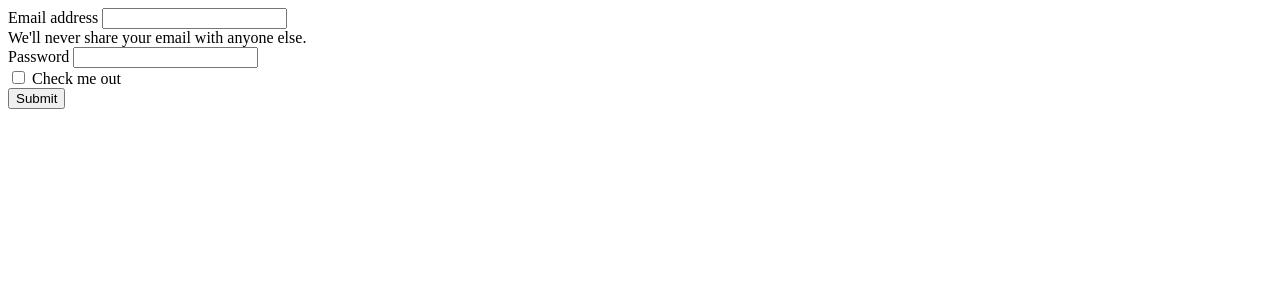
Repository: bbqju13/homework230616
Page: http://localhost/zip/
The author's editor kept a copy of each file at every save. The page is drawn from the files as they stood at one save, then again after the next save.
The browser window is 1280 px wide. The pictures show the whole page.
The page is served by Tomcat 9. Other server files are loaded and not shown.

Above is the page before, as saved 2023-06-16 05:23:06.

### zip/src/main/webapp/WEB-INF/views/home.jsp
<%@ page language="java" contentType="text/html; charset=UTF-8"
	pageEncoding="UTF-8"%>
<%@ taglib uri="http://java.sun.com/jsp/jstl/core" prefix="c"%>
<%@ page session="false"%>
<html>
<script
	src="https://cdn.jsdelivr.net/npm/@popperjs/core@2.11.8/dist/umd/popper.min.js"
	integrity="sha384-I7E8VVD/ismYTF4hNIPjVp/Zjvgyol6VFvRkX/vR+Vc4jQkC+hVqc2pM8ODewa9r"
	crossorigin="anonymous"></script>
<script
	src="https://cdn.jsdelivr.net/npm/bootstrap@5.3.0/dist/js/bootstrap.min.js"
	integrity="sha384-fbbOQedDUMZZ5KreZpsbe1LCZPVmfTnH7ois6mU1QK+m14rQ1l2bGBq41eYeM/fS"
	crossorigin="anonymous"></script>
<head>
<title>로그인</title>
</head>
<body>
	<form>
		<div class="mb-3">
			<label for="exampleInputEmail1" class="form-label">Email
				address</label> <input type="email" class="form-control"
				id="exampleInputEmail1" aria-describedby="emailHelp">
			<div id="emailHelp" class="form-text">We'll never share your
				email with anyone else.</div>
		</div>
		<div class="mb-3">
			<label for="exampleInputPassword1" class="form-label">Password</label>
			<input type="password" class="form-control"
				id="exampleInputPassword1">
		</div>
		<div class="mb-3 form-check">
			<input type="checkbox" class="form-check-input" id="exampleCheck1">
			<label class="form-check-label" for="exampleCheck1">Check me
				out</label>
		</div>
		<button type="submit" class="btn btn-primary">Submit</button>
	</form>
</body>
</html>

After the next save:
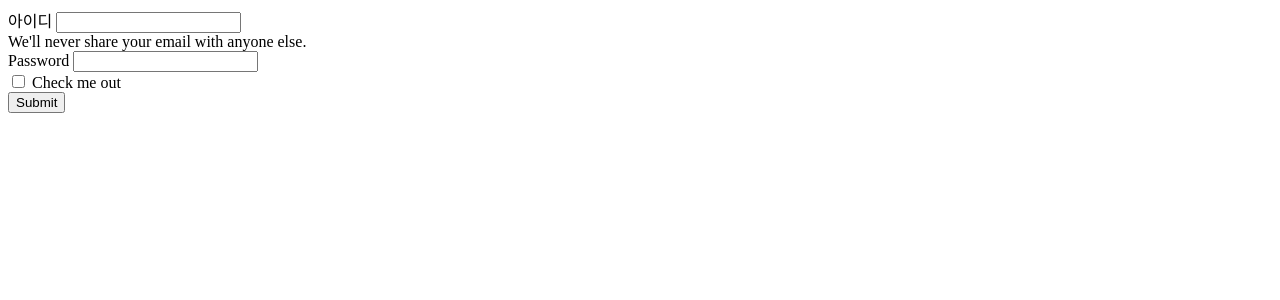
Saved 11 s later.
--- a/zip/src/main/webapp/WEB-INF/views/home.jsp
+++ b/zip/src/main/webapp/WEB-INF/views/home.jsp
@@ -17,8 +17,7 @@
 <body>
 	<form>
 		<div class="mb-3">
-			<label for="exampleInputEmail1" class="form-label">Email
-				address</label> <input type="email" class="form-control"
+			<label for="exampleInputEmail1" class="form-label">아이디</label> <input type="email" class="form-control"
 				id="exampleInputEmail1" aria-describedby="emailHelp">
 			<div id="emailHelp" class="form-text">We'll never share your
 				email with anyone else.</div>
